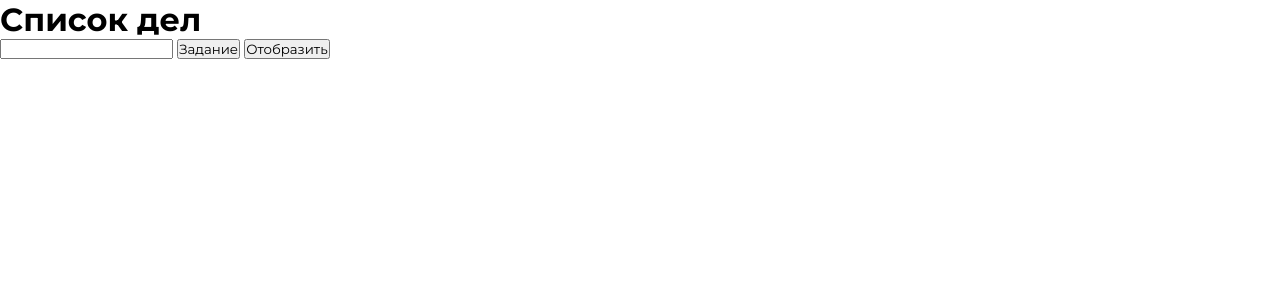
Repository: andbaik/it_unit9
Page: index.html
These files come from the project's save history. The page is drawn as it stood at one moment and after the next save; the edit follows.
The browser window is 1280 px wide. The pictures show the whole page.

Above is the page before, as saved 2021-04-06 21:36:40.

### index.html
<!DOCTYPE html>
<html lang="ru">
<head>
    <meta charset="UTF-8">
    <meta http-equiv="X-UA-Compatible" content="IE=edge">
    <meta name="viewport" content="width=device-width, initial-scale=1.0">
    <title>Список дел</title>
    <link rel="stylesheet" href="/css/style.css">
</head>
<body>

    <head>
        <h1>Список дел</h1>
    </head>
    <section>
        <input type="text" name="task" id="task">
        <button class="add-task btn">Задание</button>
        <button class="show-task btn">Отобразить</button>
        <div class="result"></div>
    </section>
</body>
</html>

### css/style.css
@import url('https://fonts.googleapis.com/css2?family=Montserrat:wght@400;700&display=swap');

* {
    margin: 0;
    padding: 0;
    font-family: 'Montserrat', sans-serif;
    background-color: FAF9FA;
}

After the next save:
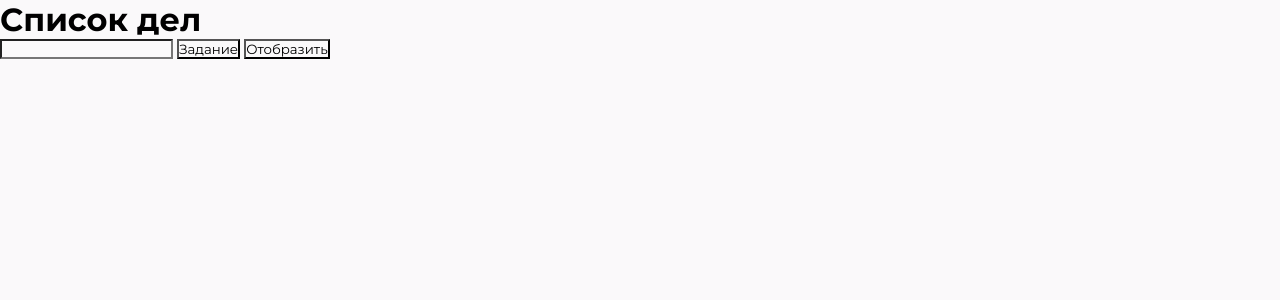
Saved 5 min 59 s later.
--- a/css/style.css
+++ b/css/style.css
@@ -4,5 +4,5 @@
     margin: 0;
     padding: 0;
     font-family: 'Montserrat', sans-serif;
-    background-color: FAF9FA;
+    background-color: #FAF9FA;
 }

After the save that followed:
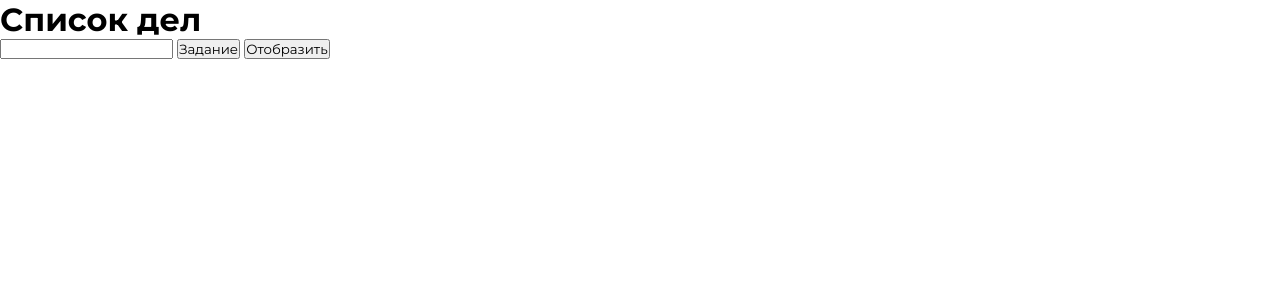
Saved 6 s later.
--- a/css/style.css
+++ b/css/style.css
@@ -4,5 +4,7 @@
     margin: 0;
     padding: 0;
     font-family: 'Montserrat', sans-serif;
-    background-color: #FAF9FA;
+
 }
+
+background-color: #FAF9FA;
